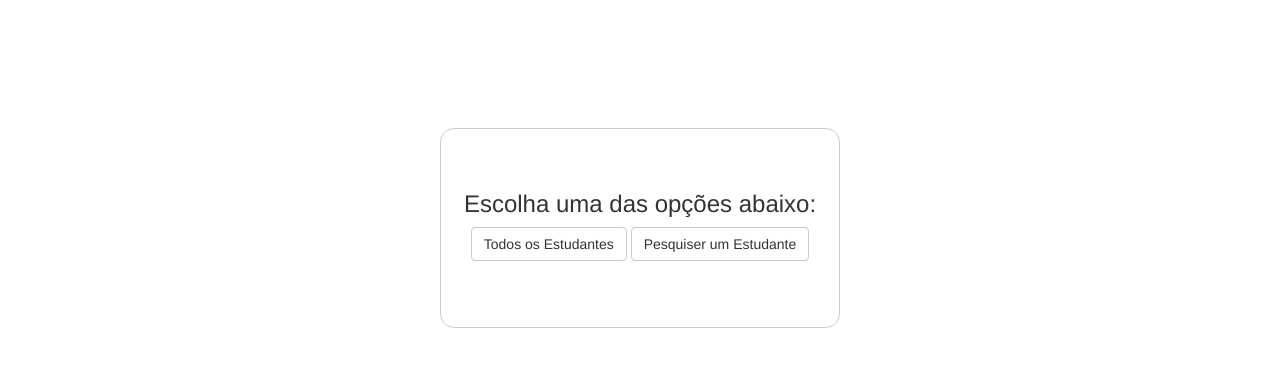
Repository: ipti/br.tag.webservice
Page: http://localhost/Restful-API-TAG/students.jsp
These files come from the project's save history. The page is drawn as it stood at one moment and after the next save; the edit follows.
The browser window is 1280 px wide. The pictures show the whole page.
The page is served by Tomcat 9.

Above is the page before, as saved 2016-04-27 13:32:40.

After the next save:
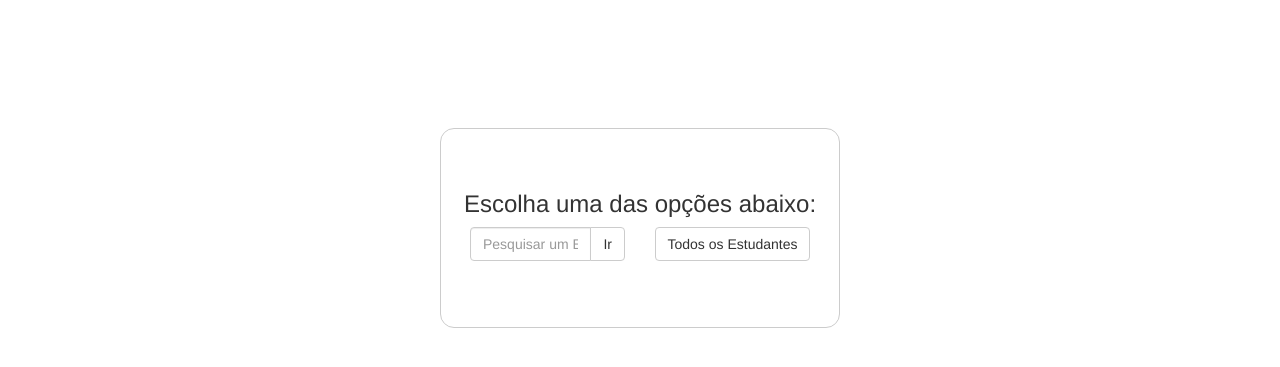
Saved 117 s later.
--- a/Restful-API-TAG/WebContent/students.jsp
+++ b/Restful-API-TAG/WebContent/students.jsp
@@ -1,5 +1,5 @@
 <%@ page language="java" contentType="text/html; charset=ISO-8859-1"
-    pageEncoding="ISO-8859-1"%>
+	pageEncoding="ISO-8859-1"%>
 <!DOCTYPE html PUBLIC "-//W3C//DTD HTML 4.01 Transitional//EN" "http://www.w3.org/TR/html4/loose.dtd">
 <html>
 <head>
@@ -13,9 +13,20 @@
 		<h3 id="titleH3">Escolha uma das opções abaixo:</h3>
 
 		<div class="btn-group-md text-center" role="group" aria-label="...">
-			<a type="submit" class="btn btn-default" href="${pageContext.request.contextPath}/api/TagService/getStudents">Todos os Estudantes</a>
+			<a type="submit" class="btn btn-default"
+				href="${pageContext.request.contextPath}/api/TagService/getStudents">Todos
+				os Estudantes</a>
 
-			<a type="submit" class="btn btn-default" href="schools.jsp">Pesquiser um Estudante</a>
+			<div class="col-lg-6">
+				<div class="input-group">
+					<input type="text" class="form-control"
+						placeholder="Pesquisar um Estudante..."> <span
+						class="input-group-btn">
+						<button class="btn btn-default" type="button">Ir</button>
+					</span>
+				</div>
+				<!-- /input-group -->
+			</div>
 		</div>
 </body>
 </html>
